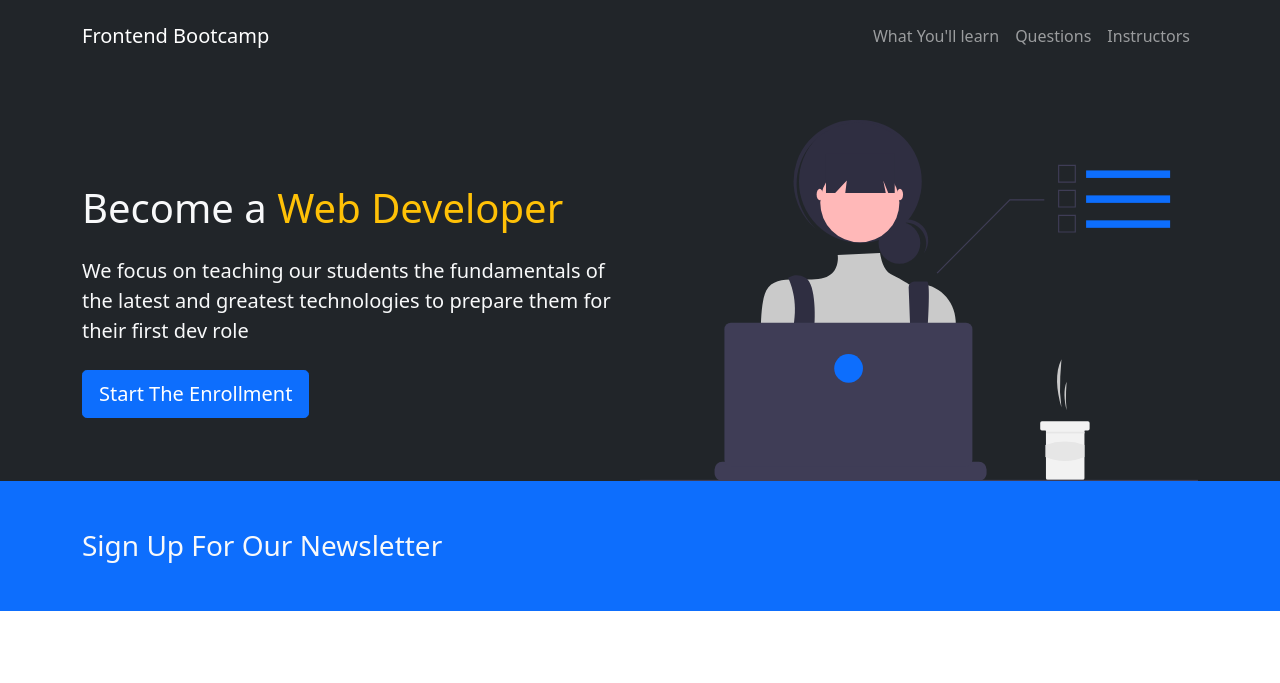
Repository: Marhamat92/Bootstrap5-Responsive-Website-
Page: index.html
An editor plug-in stored every save of this project. The page is shown before and after the next save, followed by the edit.
The browser window is 1280 px wide. The pictures show the whole page.

Above is the page before, as saved 2021-09-18 16:35:52.

### index.html
<!DOCTYPE html>
<html lang="en">

<head>
    <meta charset="UTF-8">
    <meta http-equiv="X-UA-Compatible" content="IE=edge">
    <meta name="viewport" content="width=device-width, initial-scale=1.0">
    <link href="https://cdn.jsdelivr.net/npm/bootstrap@5.0.2/dist/css/bootstrap.min.css" rel="stylesheet"
        integrity="sha384-EVSTQN3/azprG1Anm3QDgpJLIm9Nao0Yz1ztcQTwFspd3yD65VohhpuuCOmLASjC" crossorigin="anonymous">
    <link rel="stylesheet" href="style.css">
    <title>Frontend Bootcamp</title>

</head>

<body>
    <!--Navbar-->
    <nav class="navbar navbar-expand-lg bg-dark navbar-dark py-3">
        <div class="container">
            <a href="#" class="navbar-brand">Frontend Bootcamp</a>
            <button class="navbar-toggler" type="button" data-bs-toggle="collapse" data-bs-target="#navmenu">
                <span class="navbar-toggler-icon"></span>
            </button>
            <div class="collapse navbar-collapse" id="navmenu">
                <ul class="navbar-nav ms-auto">
                    <li class="nav-item">
                        <a href="#learn" class="nav-link">What You'll learn</a>
                    </li>
                    <li class="nav-item">
                        <a href="#questions" class="nav-link">Questions</a>
                    </li>
                    <li class="nav-item">
                        <a href="#instructors" class="nav-link">Instructors</a>
                    </li>
                </ul>
            </div>
        </div>
    </nav>

<!--Showcase-->

<section class="bg-dark text-light p-5 p-lg-0 pt-lg-5 text-center text-sm-start">
    <div class="container">
      <div class="d-sm-flex align-items-center justify-content-between">
          <div>
              <h1>Become a <span class="text-warning">Web Developer</span> </h1>
              <p class="lead my-4">We focus on teaching our students the fundamentals of the latest and
                  greatest technologies to prepare them for their first dev role
              </p>
              <button class="btn btn-primary btn-lg">Start The Enrollment</button>
          </div>
          <img class="img-fluid w-50 d-none d-sm-block" src="img/showcase.svg" alt="showcase">
      </div>
    </div>
</section>


<!--Newsletter-->
<section class=" bg-primary text-light p-5">
    <div class="container">
      <div class="d-md-flex justify-content-between align-items-center">
        <h3 class="mb-3 mb-md-0">Sign Up For Our Newsletter</h3>


      </div>
    </div>
</section>






















    <script src="https://cdn.jsdelivr.net/npm/bootstrap@5.0.2/dist/js/bootstrap.bundle.min.js"
        integrity="sha384-MrcW6ZMFYlzcLA8Nl+NtUVF0sA7MsXsP1UyJoMp4YLEuNSfAP+JcXn/tWtIaxVXM" crossorigin="anonymous">
    </script>
</body>

</html>

Loaded but not shown: style.css (no copy from this time; the picture is the same without it)

After the next save:
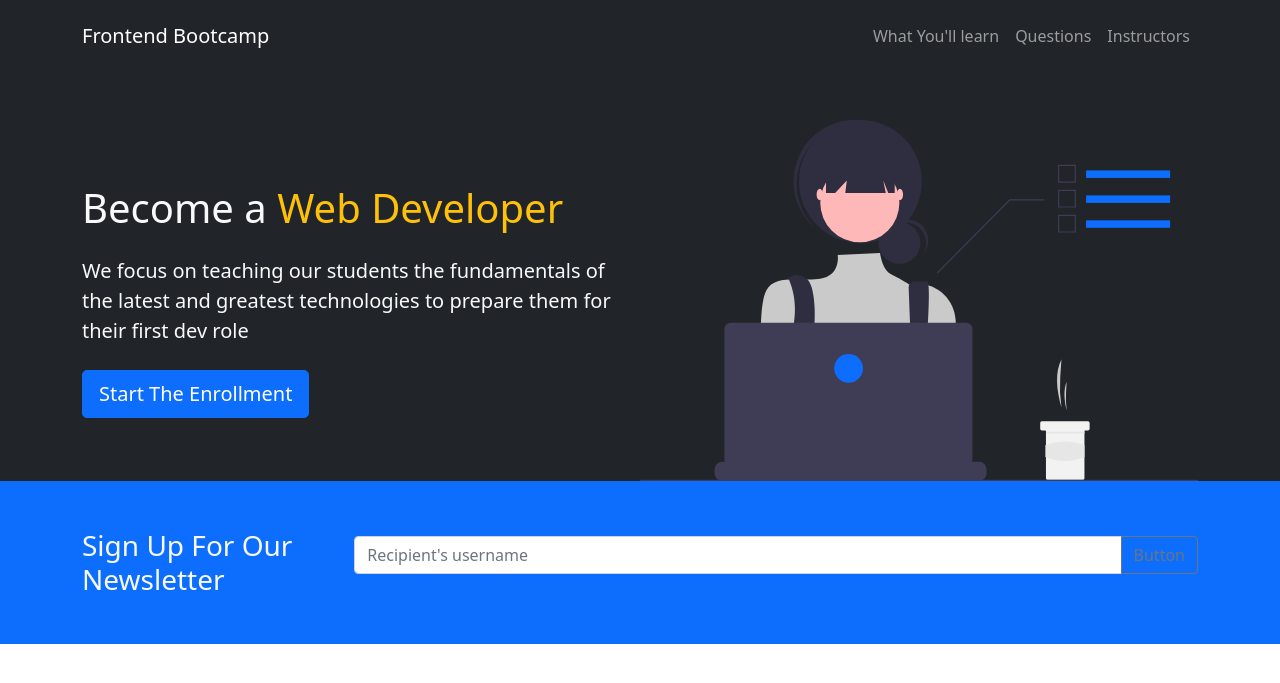
Saved 16 min 45 s later.
--- a/index.html
+++ b/index.html
@@ -59,7 +59,10 @@
     <div class="container">
       <div class="d-md-flex justify-content-between align-items-center">
         <h3 class="mb-3 mb-md-0">Sign Up For Our Newsletter</h3>
-
+        <div class="input-group mb-3">
+            <input type="text" class="form-control" placeholder="Recipient's username" aria-label="Recipient's username" aria-describedby="button-addon2">
+            <button class="btn btn-outline-secondary" type="button" id="button-addon2">Button</button>
+          </div>
 
       </div>
     </div>
